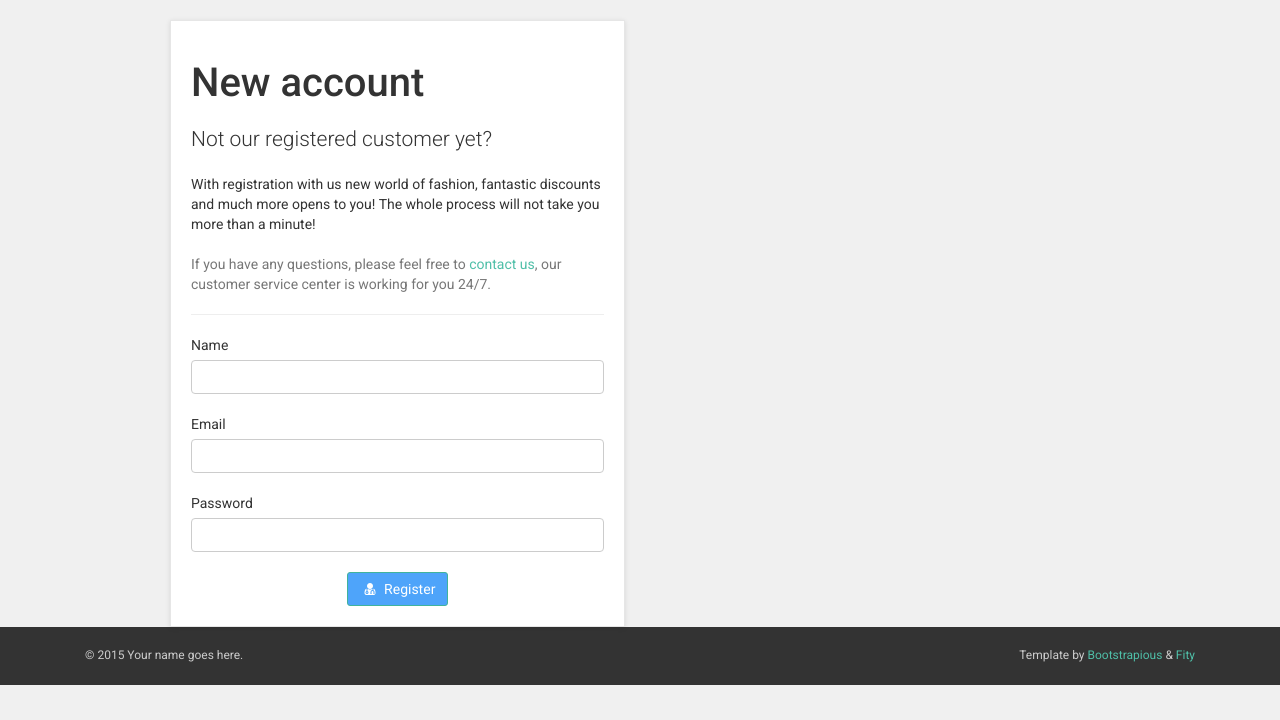
Repository: Sagnikb9/JavaDevops-Ecommerce
Page: http://localhost/MedioxyPharm/register
The author's editor kept a copy of each file at every save. The page is drawn from the files as they stood at one save, then again after the next save.
The browser window is 1280 px wide. The pictures show the whole page.
The page is served by Tomcat 9. Other server files are loaded and not shown.

Above is the page before, as saved 2017-10-01 23:24:08.

### MedioxyPharm/src/main/webapp/WEB-INF/dispatcher-servlet.xml
<beans xmlns="http://www.springframework.org/schema/beans"
        xmlns:mvc="http://www.springframework.org/schema/mvc"
        xmlns:xsi="http://www.w3.org/2001/XMLSchema-instance"
        xmlns:context="http://www.springframework.org/schema/context"
        xsi:schemaLocation="
                http://www.springframework.org/schema/beans
                http://www.springframework.org/schema/beans/spring-beans.xsd
                http://www.springframework.org/schema/mvc
                http://www.springframework.org/schema/mvc/spring-mvc.xsd
                http://www.springframework.org/schema/context
                http://www.springframework.org/schema/context/spring-context.xsd">


        <mvc:annotation-driven enable-matrix-variables="true"/>
        <context:component-scan base-package="controller"/>

   <bean id="jspViewResolver" class="org.springframework.web.servlet.view.InternalResourceViewResolver">

        <property name="prefix" value="/WEB-INF/views/"/>
        <property name="suffix" value=".jsp"/>

   </bean>
   <mvc:default-servlet-handler />

</beans>

### MedioxyPharm/src/main/webapp/WEB-INF/views/register.jsp
<!DOCTYPE html>
<html lang="en">

<head>

    <meta charset="utf-8">
    <meta name="robots" content="all,follow">
    <meta name="googlebot" content="index,follow,snippet,archive">
    <meta name="viewport" content="width=device-width, initial-scale=1">
    <meta name="description" content="Obaju e-commerce template">
    <meta name="author" content="Ondrej Svestka | ondrejsvestka.cz">
    <meta name="keywords" content="">

    <title>
        MedioxyPharm
    </title>

    <meta name="keywords" content="">

    <link href='http://fonts.googleapis.com/css?family=Roboto:400,500,700,300,100' rel='stylesheet' type='text/css'>

    <!-- styles -->
    <link href="css/font-awesome.css" rel="stylesheet">
    <link href="css/bootstrap.min.css" rel="stylesheet">
    <link href="css/animate.min.css" rel="stylesheet">
    <link href="css/owl.carousel.css" rel="stylesheet">
    <link href="css/owl.theme.css" rel="stylesheet">

    <!-- theme stylesheet -->
    <link href="css/style.default.css" rel="stylesheet" id="theme-stylesheet">

    <!-- your stylesheet with modifications -->
    <link href="css/custom.css" rel="stylesheet">

    <script src="js/respond.min.js"></script>

    <link rel="shortcut icon" href="favicon.png">



</head>

<body>

<br>







    <!-- *** NAVBAR END *** -->

    <div id="all">

        <div id="content">
            <div class="container" style="width:1000px; margin: 0 auto">


                <div class="col-md-6">
                    <div class="box">
                        <h1>New account</h1>

                        <p class="lead">Not our registered customer yet?</p>
                        <p>With registration with us new world of fashion, fantastic discounts and much more opens to you! The whole process will not take you more than a minute!</p>
                        <p class="text-muted">If you have any questions, please feel free to <a href="contact.html">contact us</a>, our customer service center is working for you 24/7.</p>

                        <hr>

                        <form action="customer-orders.html" method="post">
                            <div class="form-group">
                                <label for="name">Name</label>
                                <input type="text" class="form-control" id="name">
                            </div>
                            <div class="form-group">
                                <label for="email">Email</label>
                                <input type="text" class="form-control" id="email">
                            </div>
                            <div class="form-group">
                                <label for="password">Password</label>
                                <input type="password" class="form-control" id="password">
                            </div>
                            <div class="text-center">
                                <button type="submit" class="btn btn-primary"><i class="fa fa-user-md"></i> Register</button>
                            </div>
                        </form>
                    </div>
                </div>




            </div>
            <!-- /.container -->
        </div>
        <!-- /#content -->







        <!-- *** COPYRIGHT ***
 _________________________________________________________ -->
        <div id="copyright">
            <div class="container">
                <div class="col-md-6">
                    <p class="pull-left">© 2015 Your name goes here.</p>

                </div>
                <div class="col-md-6">
                    <p class="pull-right">Template by <a href="https://bootstrapious.com/e-commerce-templates">Bootstrapious</a> & <a href="https://fity.cz">Fity</a>
                         <!-- Not removing these links is part of the license conditions of the template. Thanks for understanding :) If you want to use the template without the attribution links, you can do so after supporting further themes development at https://bootstrapious.com/donate  -->
                    </p>
                </div>
            </div>
        </div>
        <!-- *** COPYRIGHT END *** -->



    </div>
    <!-- /#all -->




    <!-- *** SCRIPTS TO INCLUDE ***
 _________________________________________________________ -->
    <script src="js/jquery-1.11.0.min.js"></script>
    <script src="js/bootstrap.min.js"></script>
    <script src="js/jquery.cookie.js"></script>
    <script src="js/waypoints.min.js"></script>
    <script src="js/modernizr.js"></script>
    <script src="js/bootstrap-hover-dropdown.js"></script>
    <script src="js/owl.carousel.min.js"></script>
    <script src="js/front.js"></script>



</body>

</html>

Loaded but not shown: MedioxyPharm/src/main/webapp/css/font-awesome.css (library); MedioxyPharm/src/main/webapp/css/bootstrap.min.css (library); MedioxyPharm/src/main/webapp/css/animate.min.css (library); MedioxyPharm/src/main/webapp/css/owl.carousel.css (common file); MedioxyPharm/src/main/webapp/css/owl.theme.css (common file); MedioxyPharm/src/main/webapp/css/custom.css (common file); MedioxyPharm/src/main/webapp/js/respond.min.js (library); MedioxyPharm/src/main/webapp/js/jquery-1.11.0.min.js (library); MedioxyPharm/src/main/webapp/js/bootstrap.min.js (library); MedioxyPharm/src/main/webapp/js/jquery.cookie.js (library); MedioxyPharm/src/main/webapp/js/waypoints.min.js (library); MedioxyPharm/src/main/webapp/js/modernizr.js (library); MedioxyPharm/src/main/webapp/js/bootstrap-hover-dropdown.js (library); MedioxyPharm/src/main/webapp/js/owl.carousel.min.js (library); MedioxyPharm/src/main/webapp/js/front.js (237 lines, source omitted); MedioxyPharm/src/main/webapp/css/style.default.css (1677 lines, source omitted)

After the next save:
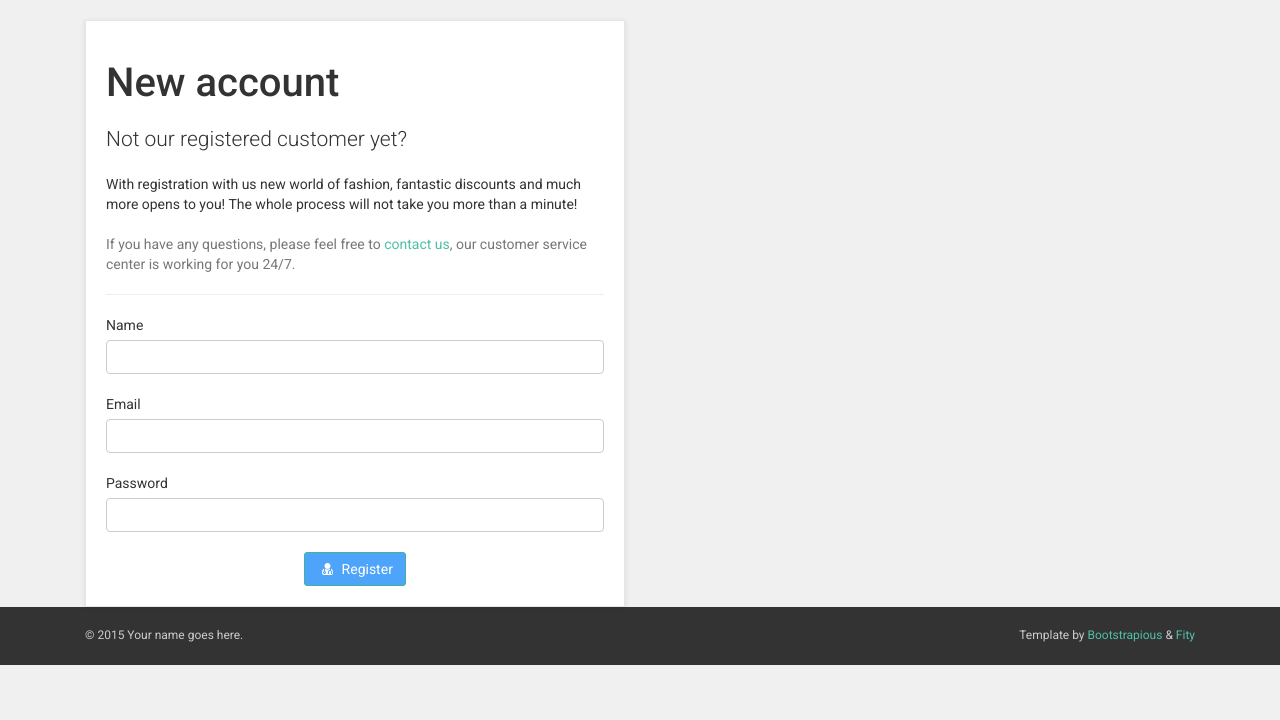
Saved 65 s later.
--- a/MedioxyPharm/src/main/webapp/WEB-INF/views/register.jsp
+++ b/MedioxyPharm/src/main/webapp/WEB-INF/views/register.jsp
@@ -55,7 +55,7 @@
     <div id="all">
 
         <div id="content">
-            <div class="container" style="width:1000px; margin: 0 auto">
+            <div class="container">
 
 
                 <div class="col-md-6">
